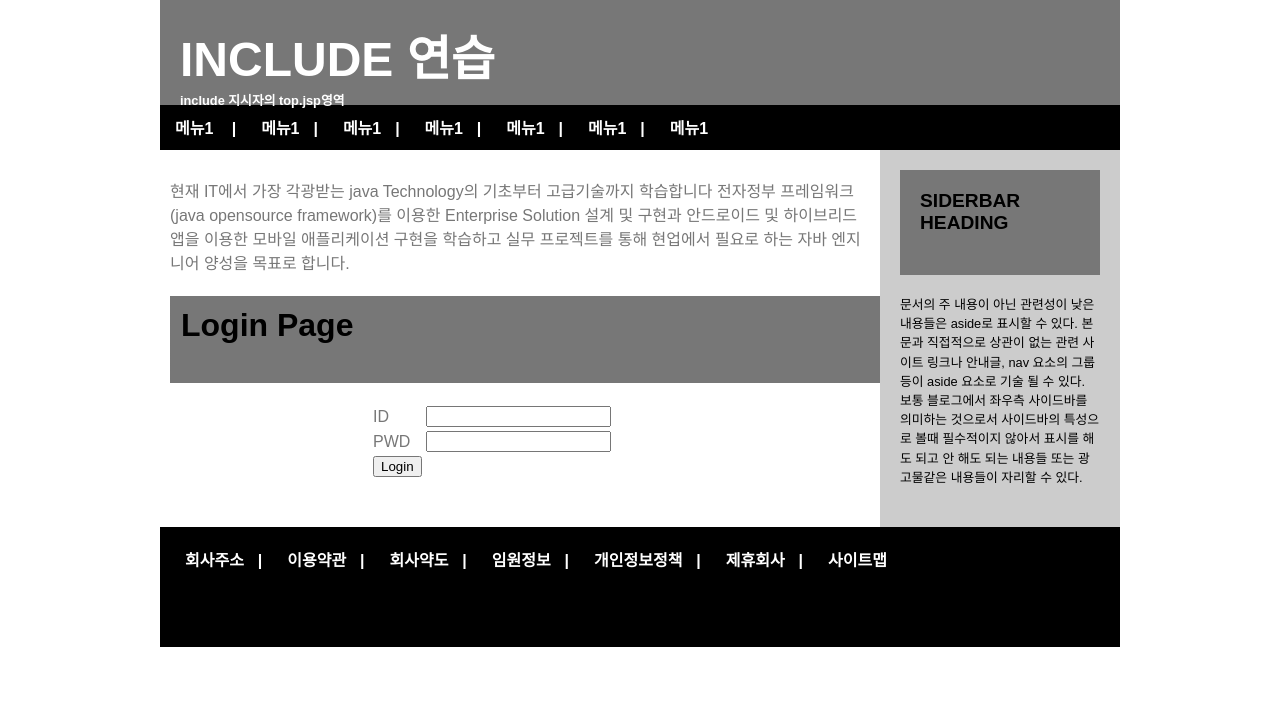
Repository: dev-sean/kosta
Page: http://localhost/jsp_1104/ex1_body.jsp
An editor plug-in stored every save of this project. The page is shown before and after the next save, followed by the edit.
The browser window is 1280 px wide. The pictures show the whole page.
Some web libraries are served in a nearby version. The page is served by Tomcat 9. Other server files are loaded and not shown.

Above is the page before, as saved 2014-11-04 02:24:49.

### jsp/jsp_1104/WebContent/ex1_body.jsp
<%@ page language="java" contentType="text/html; charset=EUC-KR"
	pageEncoding="EUC-KR"%>
<%@include file="ex1_top.jsp"%>
<article>
	<p>현재 IT에서 가장 각광받는 java Technology의 기초부터 고급기술까지 학습합니다 전자정부
		프레임워크(java opensource framework)를 이용한 Enterprise Solution 설계 및 구현과
		안드로이드 및 하이브리드앱을 이용한 모바일 애플리케이션 구현을 학습하고 실무 프로젝트를 통해 현업에서 필요로 하는 자바
		엔지니어 양성을 목표로 합니다.</p>
	<section>
		<header style="margin: auto; width: 100%;">
			<h2>Login Page</h2>
		</header>
		<p>
		<form method="post" action="">
			<table style="margin: auto; width: 300px">
				<tr>
					<td>ID</td>
					<td><input type="text" name="id"></td>
				</tr>
				<tr>
					<td>PWD</td>
					<td><input type="password" name="pwd"></td>
				</tr>
				<tr>
					<td colspan="2"><input type="submit" value="Login"></td>
				</tr>
			</table>
		</form>
		</p>
	</section>
</article>
<aside>
	<header>
		<h1>Siderbar Heading</h1>
	</header>
	<p>문서의 주 내용이 아닌 관련성이 낮은 내용들은 aside로 표시할 수 있다. 본문과 직접적으로 상관이 없는 관련
		사이트 링크나 안내글, nav 요소의 그룹 등이 aside 요소로 기술 될 수 있다. 보통 블로그에서 좌우측 사이드바를
		의미하는 것으로서 사이드바의 특성으로 볼때 필수적이지 않아서 표시를 해도 되고 안 해도 되는 내용들 또는 광고물같은 내용들이
		자리할 수 있다.</p>

</aside>
<%@include file="ex1_bottom.jsp"%>

### jsp/jsp_1104/WebContent/ex1_top.jsp
<%@ page language="java" contentType="text/html; charset=EUC-KR"
    pageEncoding="EUC-KR"%>
<!DOCTYPE html>
<html>
<head>
<meta charset="EUC-KR">
<title>Insert title here</title>
<link rel="stylesheet" href="style/style.css" type="text/css">
<script src="//code.jquery.com/jquery-1.11.0.min.js"></script>
<script src="//code.jquery.com/jquery-migrate-1.2.1.min.js"></script>
<script>
	$(document).ready(function() {

	});
</script>
</head>
<body>

	<header class="hd">
		<h1>Include 연습</h1>
		<h2>include 지시자의 top.jsp영역</h2>
	</header>
	<nav>
		<ul>
			<li><a href="">메뉴1 </a>&nbsp; |</li>
			<li><a href="">메뉴1</a>&nbsp; |</li>
			<li><a href="">메뉴1</a>&nbsp; |</li>
			<li><a href="">메뉴1</a>&nbsp; |</li>
			<li><a href="">메뉴1</a>&nbsp; |</li>
			<li><a href="">메뉴1</a>&nbsp; |</li>
			<li><a href="">메뉴1</a></li>
		</ul>
	</nav>

### jsp/jsp_1104/WebContent/ex1_bottom.jsp
<%@ page language="java" contentType="text/html; charset=EUC-KR"
	pageEncoding="EUC-KR"%>
<footer>
	<nav>
		<ul>
			<li><a href="">회사주소</a>&nbsp; |</li>
			<li><a href="">이용약관</a>&nbsp; |</li>
			<li><a href="">회사약도</a>&nbsp; |</li>
			<li><a href="">임원정보</a>&nbsp; |</li>
			<li><a href="">개인정보정책</a>&nbsp; |</li>
			<li><a href="">제휴회사</a>&nbsp; |</li>
			<li><a href="">사이트맵</a></li>
		</ul>
	</nav>
</footer>


</body>
</html>

### jsp/jsp_1104/WebContent/style/style.css
@CHARSET "EUC-KR";
html, body, div, h1, h2, h3, h4, h5, h6, p {
	margin: 0;
	padding: 0;
	border: 0;
	outline: 0;
	font-size: 100%;
}

body {
	width: 960px;
	margin: 0 auto;
	font-family: Arial, sans-serif;
	color: #777;
}

p {
	margin-top: 20px;
	margin-bottom: 20px;
	line-height: 150%;
}
.hd h1{

}
header {
	background: #777;
	padding: 20px;
	height: 65px;
	clear: both;
}

body header  h1 {
	font-size: 3.0em;
	text-transform: uppercase;
	color: #fff;
}

body header  h2 {
	font-size: 0.8em;
	color: #fff;

}

body nav {
	height: 25px;
	padding: 10px;
	background: #000;
	color: #FFFFFF;
	font-weight: bold;
	clear: both;
	-moz-border-radius: 20px 0px;
}

body nav ul {
	padding: 0;
	margin: 0;
	list-style: none;
}

nav ul li {
	display: block;
	float: left;
	margin-right: 20px;
}

footer {
	background: #000;
	padding: 10px;
	height: 100px;
	color: #fff;
	clear: both;
}

nav ul li a {
	color: #fff;
	background: #000;
	text-decoration: none;
	padding: 5px;
	margin: 0;
}

nav ul li a:hover {
	background: #777;
}

article {
	width: 700px;
	padding: 10px;
	float: left;
}

article header {
	border: 1px dashed #777;
	padding: 10px;
}

article header h2 {
	color: #000;
	font-size: 2em;
}

time {
	font-size: 0.7em;
	margin-top: 0px;
	margin-bottom: 0px;
}

article section footer {
	border: 1px dashed #777;
	padding: 10px;
}

article>footer {
	font-style: italic;
}

figure {
	margin: 0 auto;
	padding: 20px;
	width: 500px;
	text-align: center;
	border: 1px dashed #ccc;
	clear: both;
}

figure img {
	padding: 10px;
	margin: 0 auto;
}

aside {
	width: 200px;
	padding: 20px;
	float: left;
	background: #ccc;
	color: #000;
	font-size: 0.8em;
}

aside header h1 {
	font-size: 1.5em;
	color: #000;
}

After the next save:
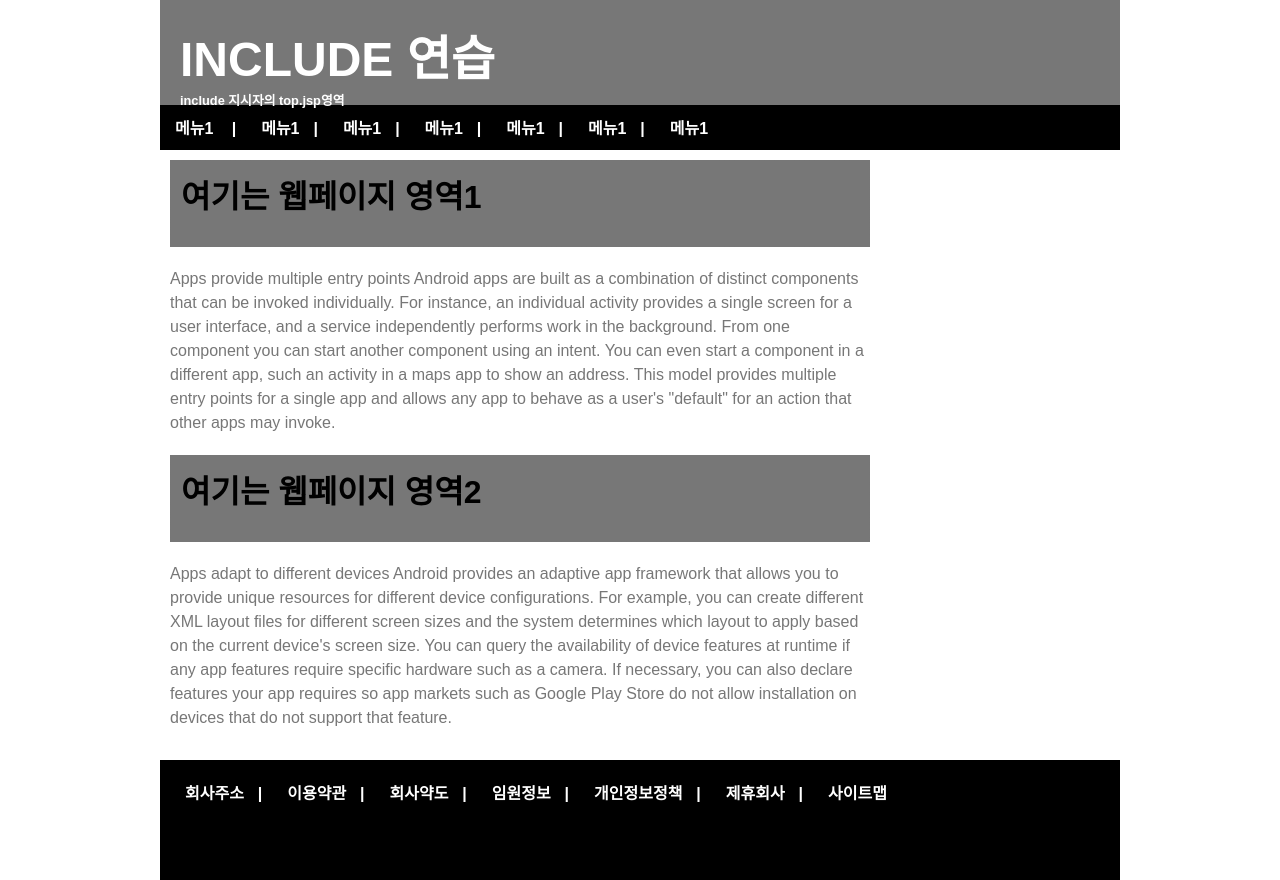
Saved 41 s later.
--- a/jsp/jsp_1104/WebContent/ex1_body.jsp
+++ b/jsp/jsp_1104/WebContent/ex1_body.jsp
@@ -2,41 +2,33 @@
 	pageEncoding="EUC-KR"%>
 <%@include file="ex1_top.jsp"%>
 <article>
-	<p>현재 IT에서 가장 각광받는 java Technology의 기초부터 고급기술까지 학습합니다 전자정부
-		프레임워크(java opensource framework)를 이용한 Enterprise Solution 설계 및 구현과
-		안드로이드 및 하이브리드앱을 이용한 모바일 애플리케이션 구현을 학습하고 실무 프로젝트를 통해 현업에서 필요로 하는 자바
-		엔지니어 양성을 목표로 합니다.</p>
-	<section>
-		<header style="margin: auto; width: 100%;">
-			<h2>Login Page</h2>
-		</header>
-		<p>
-		<form method="post" action="">
-			<table style="margin: auto; width: 300px">
-				<tr>
-					<td>ID</td>
-					<td><input type="text" name="id"></td>
-				</tr>
-				<tr>
-					<td>PWD</td>
-					<td><input type="password" name="pwd"></td>
-				</tr>
-				<tr>
-					<td colspan="2"><input type="submit" value="Login"></td>
-				</tr>
-			</table>
-		</form>
-		</p>
-	</section>
-</article>
-<aside>
-	<header>
-		<h1>Siderbar Heading</h1>
-	</header>
-	<p>문서의 주 내용이 아닌 관련성이 낮은 내용들은 aside로 표시할 수 있다. 본문과 직접적으로 상관이 없는 관련
-		사이트 링크나 안내글, nav 요소의 그룹 등이 aside 요소로 기술 될 수 있다. 보통 블로그에서 좌우측 사이드바를
-		의미하는 것으로서 사이드바의 특성으로 볼때 필수적이지 않아서 표시를 해도 되고 안 해도 되는 내용들 또는 광고물같은 내용들이
-		자리할 수 있다.</p>
+			<header>
+				<h2>여기는 웹페이지 영역1</h2>
+			</header>
 
-</aside>
+			<p>Apps provide multiple entry points Android apps are built as a
+				combination of distinct components that can be invoked individually.
+				For instance, an individual activity provides a single screen for a
+				user interface, and a service independently performs work in the
+				background. From one component you can start another component using
+				an intent. You can even start a component in a different app, such
+				an activity in a maps app to show an address. This model provides
+				multiple entry points for a single app and allows any app to behave
+				as a user's "default" for an action that other apps may invoke.</p>
+			<section>
+				<header>
+					<h2>여기는 웹페이지 영역2</h2>
+				</header>
+				<p>Apps adapt to different devices Android provides an adaptive
+					app framework that allows you to provide unique resources for
+					different device configurations. For example, you can create
+					different XML layout files for different screen sizes and the
+					system determines which layout to apply based on the current
+					device's screen size. You can query the availability of device
+					features at runtime if any app features require specific hardware
+					such as a camera. If necessary, you can also declare features your
+					app requires so app markets such as Google Play Store do not allow
+					installation on devices that do not support that feature.</p>
+			</section>
+		</article>
 <%@include file="ex1_bottom.jsp"%>
